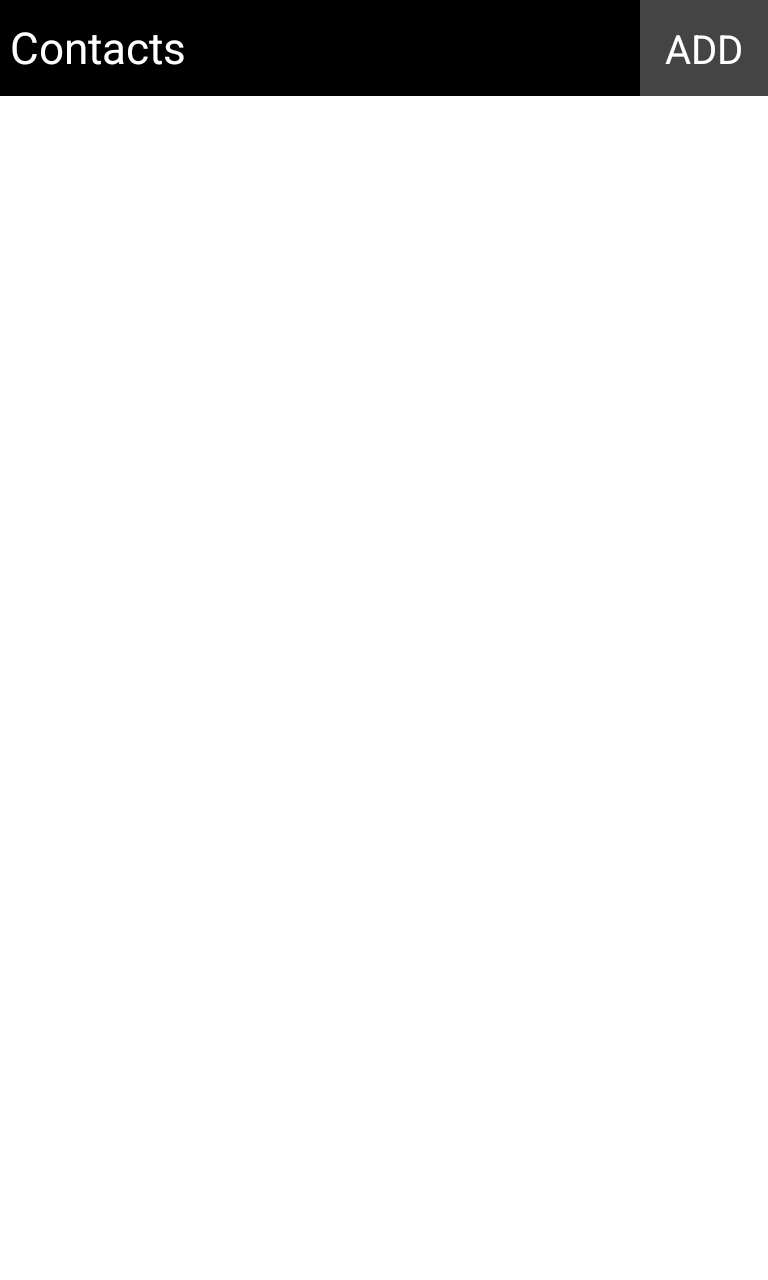
Repository: weihuang023/gsd2014-team4
Layout: RecipesAppUpdatedApr282014/RecipesApp/res/layout/activity_main.xml
An editor plug-in stored every save of this project. The layout is shown before and after a run of saves, followed by the edit.
It is drawn on a 768 x 1280 px phone screen (xhdpi) without system bars, with theme AppTheme; the app's code is not run. Lists and similar views that code fills are empty.

Above is the layout before, as saved 2014-04-15 02:39:49.

After the next 2 saves:
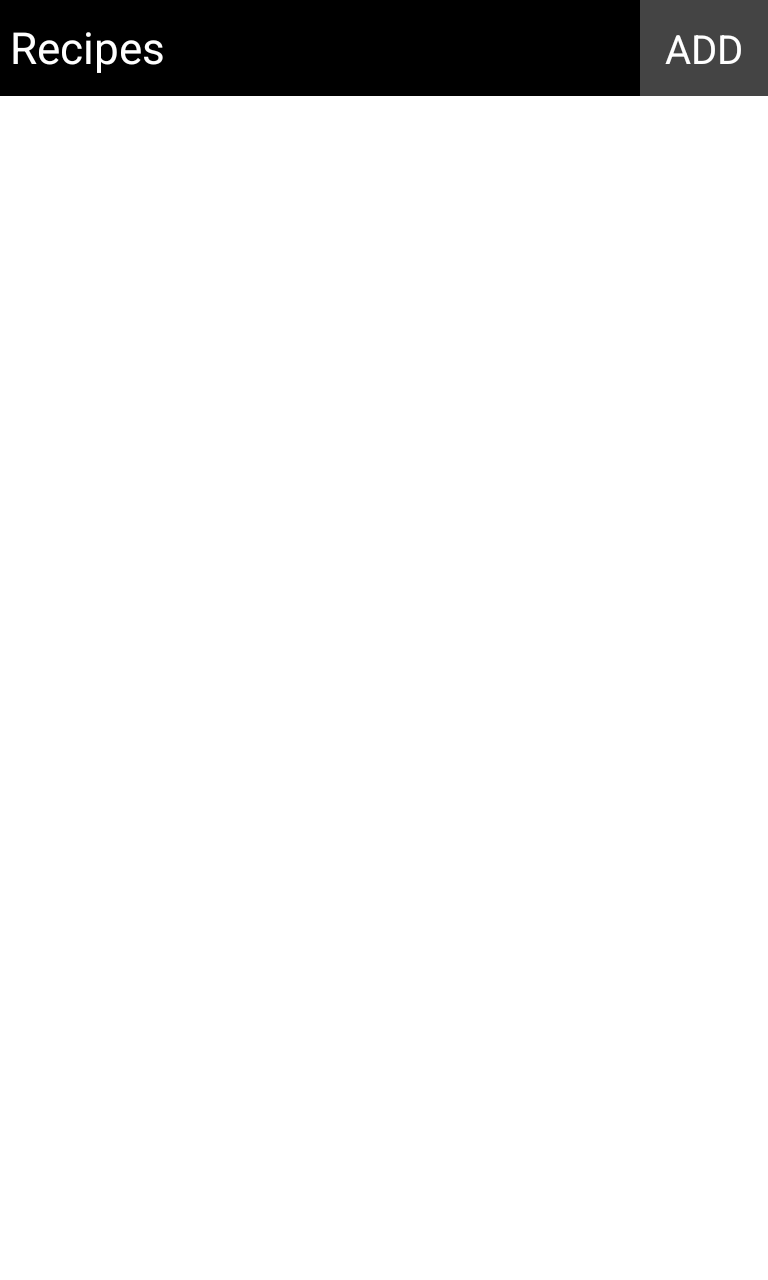
The 2 saves are shown as one change because 1 did not build or start.
The last was saved 3 min 10 s later.
--- a/RecipesAppUpdatedApr282014/RecipesApp/res/layout/activity_main.xml
+++ b/RecipesAppUpdatedApr282014/RecipesApp/res/layout/activity_main.xml
@@ -15,10 +15,10 @@
             android:layout_width="wrap_content"
             android:layout_height="wrap_content"
             android:layout_marginLeft="5dp"
-            android:text="@string/contacts_title"
+            android:layout_weight="1"
+            android:text="@string/recipes_title"
             android:textAppearance="?android:attr/textAppearanceLarge"
-            android:textColor="#FFFFFF"
-            android:layout_weight="1"/>
+            android:textColor="#FFFFFF" />
 
         <Button
             android:id="@+id/button1"
--- a/RecipesAppUpdatedApr282014/RecipesApp/res/values/strings.xml
+++ b/RecipesAppUpdatedApr282014/RecipesApp/res/values/strings.xml
@@ -1,22 +1,21 @@
 <?xml version="1.0" encoding="utf-8"?>
 <resources>
 
-    <string name="app_name">Contact List</string>
+    <string name="app_name">Recipe</string>
     <string name="action_settings">Settings</string>
 
-    <string name="add_contact">Add Contact</string>
-    <string name="first_name">First Name</string>
-    <string name="last_name">Last Name</string>
-    <string name="phone_number">Phone Number</string>
-    <string name="email_address">Email Address</string>
-    <string name="home_address">Address</string>
+    <string name="add_recipe">Add Recipe</string>
+    <string name="recipe_name">Recipe Name</string>
+    <string name="recipe_ingredients">Recipe Ingredients</string>
+    <string name="recipe_instruction">Recipe Instruction</string>
 
-    <string name="contacts_title">Contacts</string>
+
+    <string name="recipes_title">Recipes</string>
     <string name="add_button">ADD</string>
 
     <string name="save_data">Save</string>
 
-    <string name="edit_contact_title">Edit Contact</string>
+    <string name="edit_recipe_title">Edit Contact</string>
     <string name="edit_button">Edit</string>
     <string name="delete_button">Delete</string>
 
